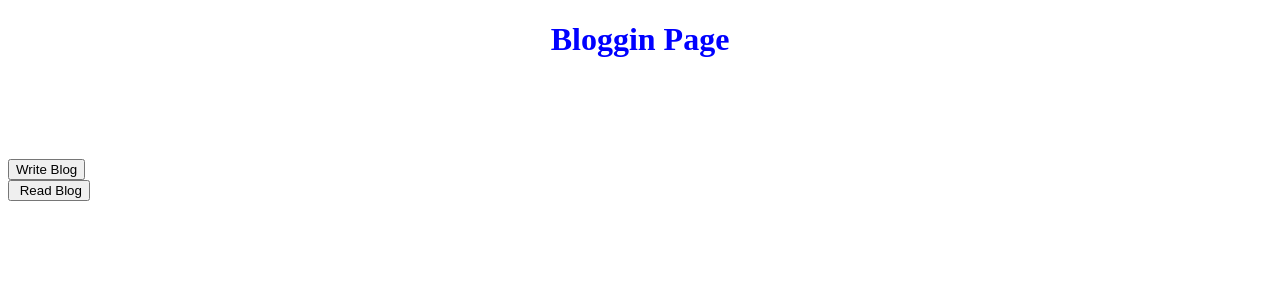
Repository: choubeyshubham018/CompleteJavaQuestions
Page: http://localhost/Ques_17_ServletBlogApplication/
The author's editor kept a copy of each file at every save. The page is drawn from the files as they stood at one save, then again after the next save.
The browser window is 1280 px wide. The pictures show the whole page.
The page is served by Tomcat 9.

Above is the page before, as saved 2023-09-19 06:23:51.

After the next save:
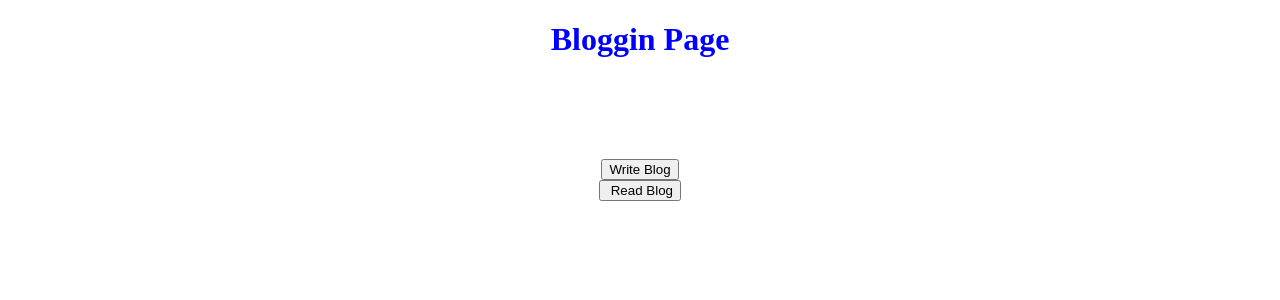
Saved 22 s later.
--- a/Servlet Assignment/Ques_17_ServletBlogApplication/src/main/webapp/index.jsp
+++ b/Servlet Assignment/Ques_17_ServletBlogApplication/src/main/webapp/index.jsp
@@ -9,7 +9,7 @@
 <body>
 
 <h1 style="text-align: center; color: blue;">Bloggin Page</h1>
-<div style="display: flex; justify-content: center; height: 200px; flex-direction: column;">
+<div style="display: flex; justify-content: center; height: 200px; flex-direction: column;align-items: center;">
 <form action="./blog & s1=save %">
 <input type="submit" value="Write Blog">
 </form>
